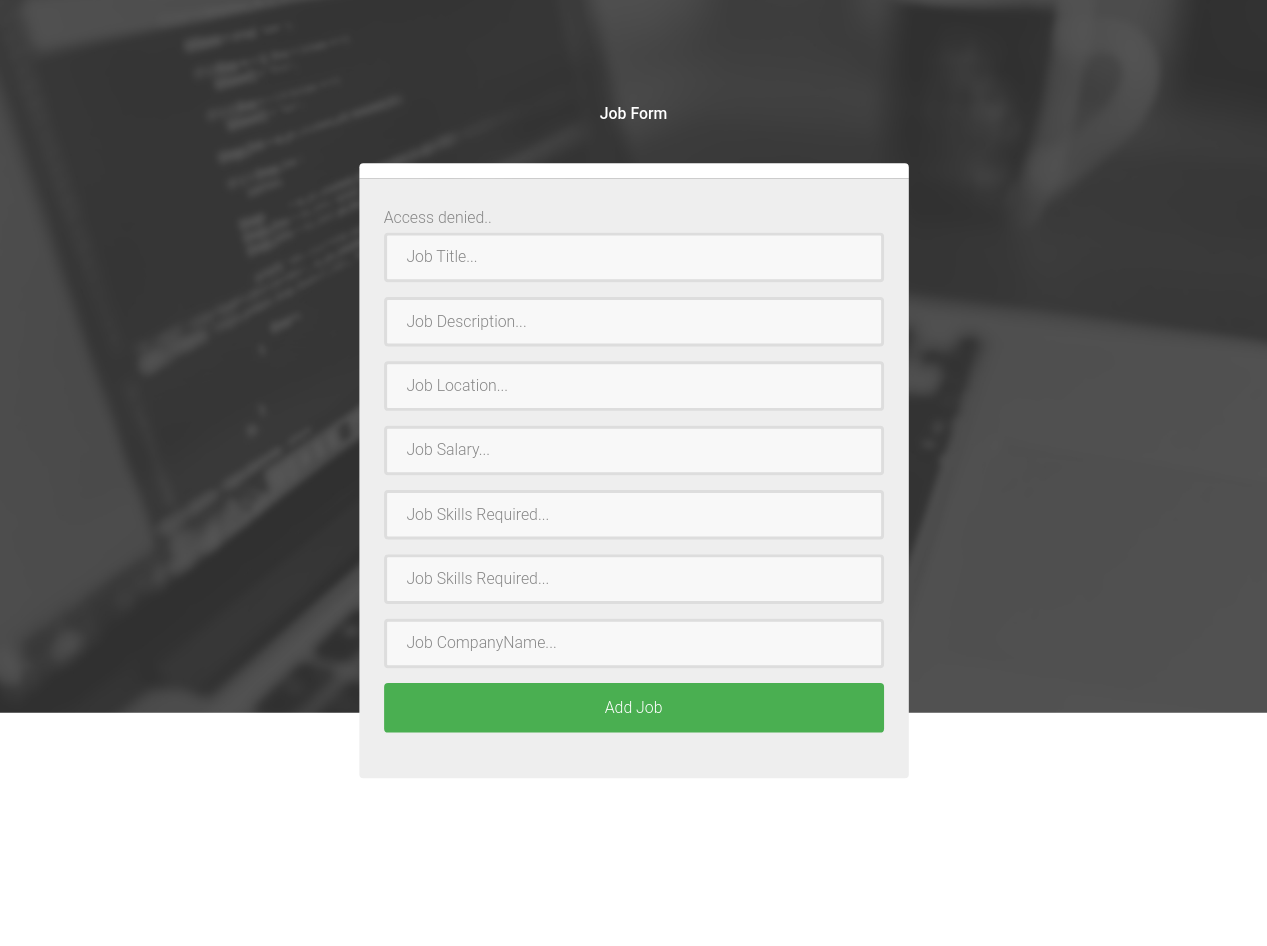
Repository: Abhi2097/Collab
Page: Final Commit of Project 2/Project 2/Frontend_Collab/WebContent/views/jobform.html
An editor plug-in stored every save of this project. The page is shown before and after the next save, followed by the edit.
The browser window is 1280 px wide. The pictures show the whole page, at 99% of full size.

Above is the page before, as saved 2018-11-27 12:24:17.

### Final Commit of Project 2/Project 2/Frontend_Collab/WebContent/views/jobform.html
<html lang="en">

    <head>

        <link rel="stylesheet" href="assets/bootstrap/css/bootstrap.min.css">
        <link rel="stylesheet" href="assets/font-awesome/css/font-awesome.min.css">
		<link rel="stylesheet" href="assets/css/form-elements.css">
        <link rel="stylesheet" href="assets/css/style.css">
    </head>
     <body>

        <!-- Top content -->
        <div class="top-content">

            <div class="inner-bg">
                <div class="container">
                    <div class="row">
                        <div class="col-sm-8 col-sm-offset-2 text">
                            <strong>Job Form</strong>

                        </div>
                    </div>
                    <div class="row">
                        <div class="col-sm-6 col-sm-offset-3 form-box">
                        	<div class="form-top">
                             </div>
                            <div class="form-bottom">
<div ng-show="user.role!='ADMIN'">Access denied..</div>
<div ng-show="user.role=='ADMIN'">
<form role="form"  class="login-form">
<div class="form-group">
<label class="sr-only" for="form-username">Enter Job Title</label>
<input type="text" name="form-username" placeholder="Job Title..." class="form-username form-control" id="form-username" ng-model="job.jobTitle">
</div>
<div class="form-group">
<label class="sr-only" for="form-username">Enter Job Description</label>
<input type="text" name="form-username" placeholder="Job Description..." class="form-username form-control" id="form-username" ng-model="job.jobDescription">
</div>
<div class="form-group">
<label class="sr-only" for="form-username">Enter Job Location</label>
<input type="text" name="form-username" placeholder="Job Location..." class="form-username form-control" id="form-username" ng-model="job.location">
</div>
<div class="form-group">
<label class="sr-only" for="form-username">Enter Salary</label>
<input type="text" name="form-username" placeholder="Job Salary..." class="form-username form-control" id="form-username" ng-model="job.salary">
</div>
<div class="form-group">
<label class="sr-only" for="form-username">Enter Skills Required</label>
<input type="text" name="form-username" placeholder="Job Skills Required..." class="form-username form-control" id="form-username" ng-model="job.skillsRequired">
</div>
<div class="form-group">
<label class="sr-only" for="form-username">Enter Years of Exp</label>
<input type="text" name="form-username" placeholder="Job Skills Required..." class="form-username form-control" id="form-username" ng-model="job.yrsOfExp">
</div>
<div class="form-group">
<label class="sr-only" for="form-username">Enter Company name</label>
<input type="text" name="form-username" placeholder="Job CompanyName..." class="form-username form-control" id="form-username" ng-model="job.companyName">
</div>
<button class="btn" ng-click="addJob(job)">Add Job</button>
</form>
</div>
</div>
                        </div>
                    </div>
					        <!-- Javascript -->
        <script src="assets/js/jquery-1.11.1.min.js"></script>
        <script src="assets/bootstrap/js/bootstrap.min.js"></script>
        <script src="assets/js/jquery.backstretch.min.js"></script>
        <script src="assets/js/scripts.js"></script>
        </body>

</html>

### Final Commit of Project 2/Project 2/Frontend_Collab/WebContent/assets/css/style.css

body {
    font-family: 'Roboto', sans-serif;
    font-size: 16px;
    font-weight: 300;
    color: #888;
    line-height: 30px;
    text-align: center;
}

strong { font-weight: 500; }

a, a:hover, a:focus {
	color: #4aaf51;
	text-decoration: none;
    -o-transition: all .3s; -moz-transition: all .3s; -webkit-transition: all .3s; -ms-transition: all .3s; transition: all .3s;
}

h1, h2 {
	margin-top: 10px;
	font-size: 38px;
    font-weight: 100;
    color: #555;
    line-height: 50px;
}

h3 {
	font-size: 22px;
    font-weight: 300;
    color: #555;
    line-height: 30px;
}

img { max-width: 100%; }

::-moz-selection { background: #4aaf51; color: #fff; text-shadow: none; }
::selection { background: #4aaf51; color: #fff; text-shadow: none; }


.btn-link-1 {
	display: inline-block;
	height: 50px;
	margin: 5px;
	padding: 16px 20px 0 20px;
	background: #4aaf51;
	font-size: 16px;
    font-weight: 300;
    line-height: 16px;
    color: #fff;
    -moz-border-radius: 4px; -webkit-border-radius: 4px; border-radius: 4px;
}
.btn-link-1:hover, .btn-link-1:focus, .btn-link-1:active { outline: 0; opacity: 0.6; color: #fff; }

.btn-link-1.btn-link-1-facebook { background: #4862a3; }
.btn-link-1.btn-link-1-twitter { background: #55acee; }
.btn-link-1.btn-link-1-google-plus { background: #dd4b39; }

.btn-link-1 i {
	padding-right: 5px;
	vertical-align: middle;
	font-size: 20px;
	line-height: 20px;
}

.btn-link-2 {
	display: inline-block;
	height: 50px;
	margin: 5px;
	padding: 15px 20px 0 20px;
	background: rgba(0, 0, 0, 0.3);
	border: 1px solid #fff;
	font-size: 16px;
    font-weight: 300;
    line-height: 16px;
    color: #fff;
    -moz-border-radius: 4px; -webkit-border-radius: 4px; border-radius: 4px;
}
.btn-link-2:hover, .btn-link-2:focus,
.btn-link-2:active, .btn-link-2:active:focus { outline: 0; opacity: 0.6; background: rgba(0, 0, 0, 0.3); color: #fff; }


/***** Top content *****/

.inner-bg {
    padding: 100px 0 170px 0;
}

.top-content .text {
	color: #fff;
}

.top-content .text h1 { color: #fff; }

.top-content .description {
	margin: 20px 0 10px 0;
}

.top-content .description p { opacity: 0.8; }

.top-content .description a {
	color: #fff;
}
.top-content .description a:hover,
.top-content .description a:focus { border-bottom: 1px dotted #fff; }

.form-box {
	margin-top: 35px;
}

.form-top {
	overflow: hidden;
	padding: 0 25px 15px 25px;
	background: #fff;
	-moz-border-radius: 4px 4px 0 0; -webkit-border-radius: 4px 4px 0 0; border-radius: 4px 4px 0 0;
	text-align: left;
}

.form-top-left {
	float: left;
	width: 75%;
	padding-top: 25px;
}

.form-top-left h3 { margin-top: 0; }

.form-top-right {
	float: left;
	width: 25%;
	padding-top: 5px;
	font-size: 66px;
	color: #ddd;
	line-height: 100px;
	text-align: right;
}

.form-bottom {
	padding: 25px 25px 30px 25px;
	background: #eee;
	-moz-border-radius: 0 0 4px 4px; -webkit-border-radius: 0 0 4px 4px; border-radius: 0 0 4px 4px;
	text-align: left;
}

.form-bottom form textarea {
	height: 100px;
}

.form-bottom form button.btn {
	width: 100%;
}

.form-bottom form .input-error {
	border-color: #4aaf51;
}

.social-login {
	margin-top: 35px;
}

.social-login h3 {
	color: #fff;
}

.social-login-buttons {
	margin-top: 25px;
}


/***** Media queries *****/

@media (min-width: 992px) and (max-width: 1199px) {}

@media (min-width: 768px) and (max-width: 991px) {}

@media (max-width: 767px) {

	.inner-bg { padding: 60px 0 110px 0; }

}

@media (max-width: 415px) {

	h1, h2 { font-size: 32px; }

}

### Final Commit of Project 2/Project 2/Frontend_Collab/WebContent/assets/js/scripts.js

jQuery(document).ready(function() {

    /*
        Fullscreen background
    */
    $.backstretch("assets/img/backgrounds/1.jpg");

    /*
        Form validation
    */
    $('.login-form input[type="text"], .login-form input[type="password"], .login-form textarea').on('focus', function() {
    	$(this).removeClass('input-error');
    });

    $('.login-form').on('submit', function(e) {

    	$(this).find('input[type="text"], input[type="password"], textarea').each(function(){
    		if( $(this).val() == "" ) {
    			e.preventDefault();
    			$(this).addClass('input-error');
    		}
    		else {
    			$(this).removeClass('input-error');
    		}
    	});

    });


});

Loaded but not shown: Final Commit of Project 2/Project 2/Frontend_Collab/WebContent/assets/bootstrap/css/bootstrap.min.css (library); Final Commit of Project 2/Project 2/Frontend_Collab/WebContent/assets/font-awesome/css/font-awesome.min.css (library); Final Commit of Project 2/Project 2/Frontend_Collab/WebContent/assets/css/form-elements.css (common file); Final Commit of Project 2/Project 2/Frontend_Collab/WebContent/assets/js/jquery-1.11.1.min.js (library); Final Commit of Project 2/Project 2/Frontend_Collab/WebContent/assets/bootstrap/js/bootstrap.min.js (library); Final Commit of Project 2/Project 2/Frontend_Collab/WebContent/assets/js/jquery.backstretch.min.js (library)

After the next save:
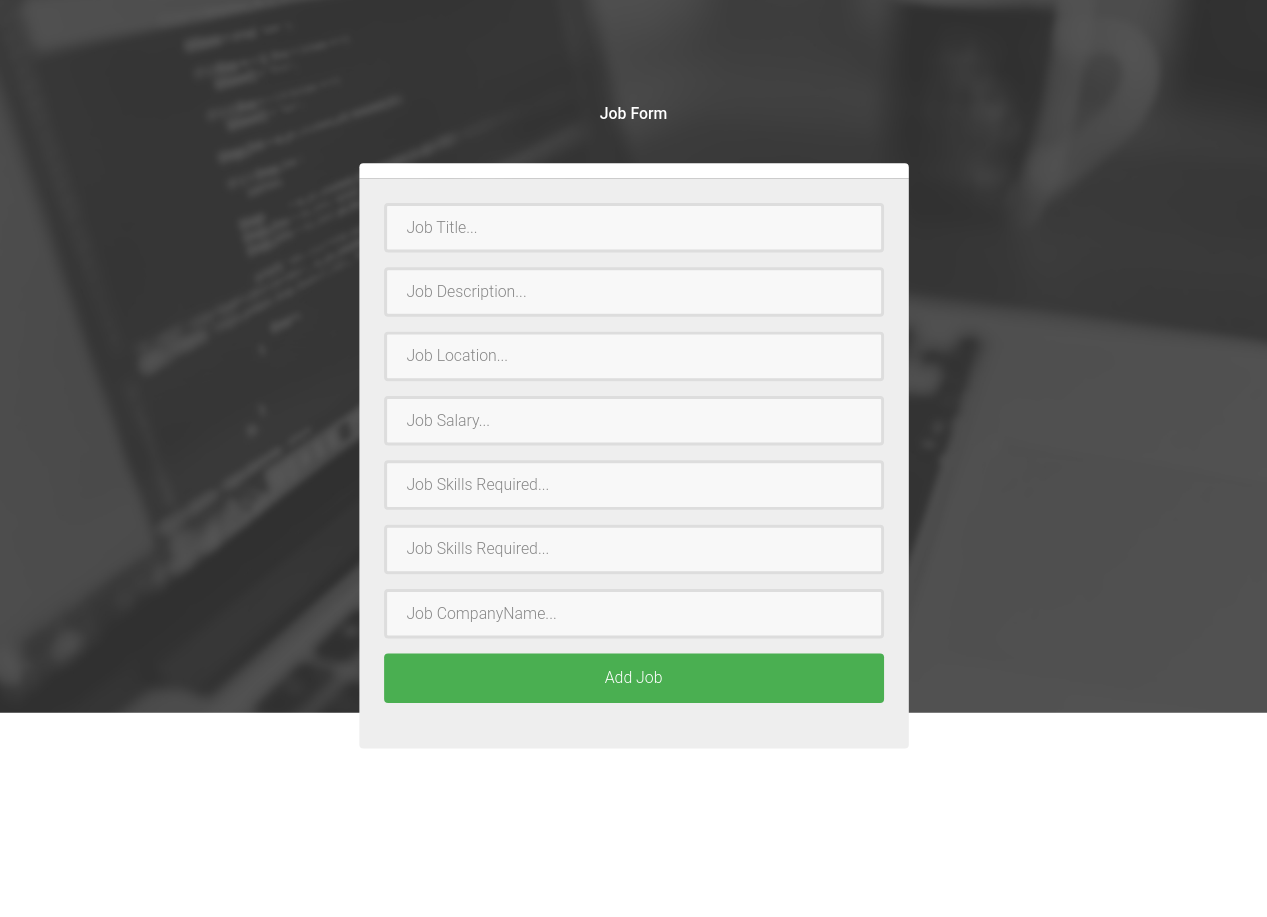
Saved 9 min 23 s later.
--- a/Final Commit of Project 2/Project 2/Frontend_Collab/WebContent/views/jobform.html
+++ b/Final Commit of Project 2/Project 2/Frontend_Collab/WebContent/views/jobform.html
@@ -25,7 +25,7 @@
                         	<div class="form-top">
                              </div>
                             <div class="form-bottom">
-<div ng-show="user.role!='ADMIN'">Access denied..</div>
+<!--<div ng-show="user.role!='ADMIN'">Access denied..</div>-->
 <div ng-show="user.role=='ADMIN'">
 <form role="form"  class="login-form">
 <div class="form-group">
